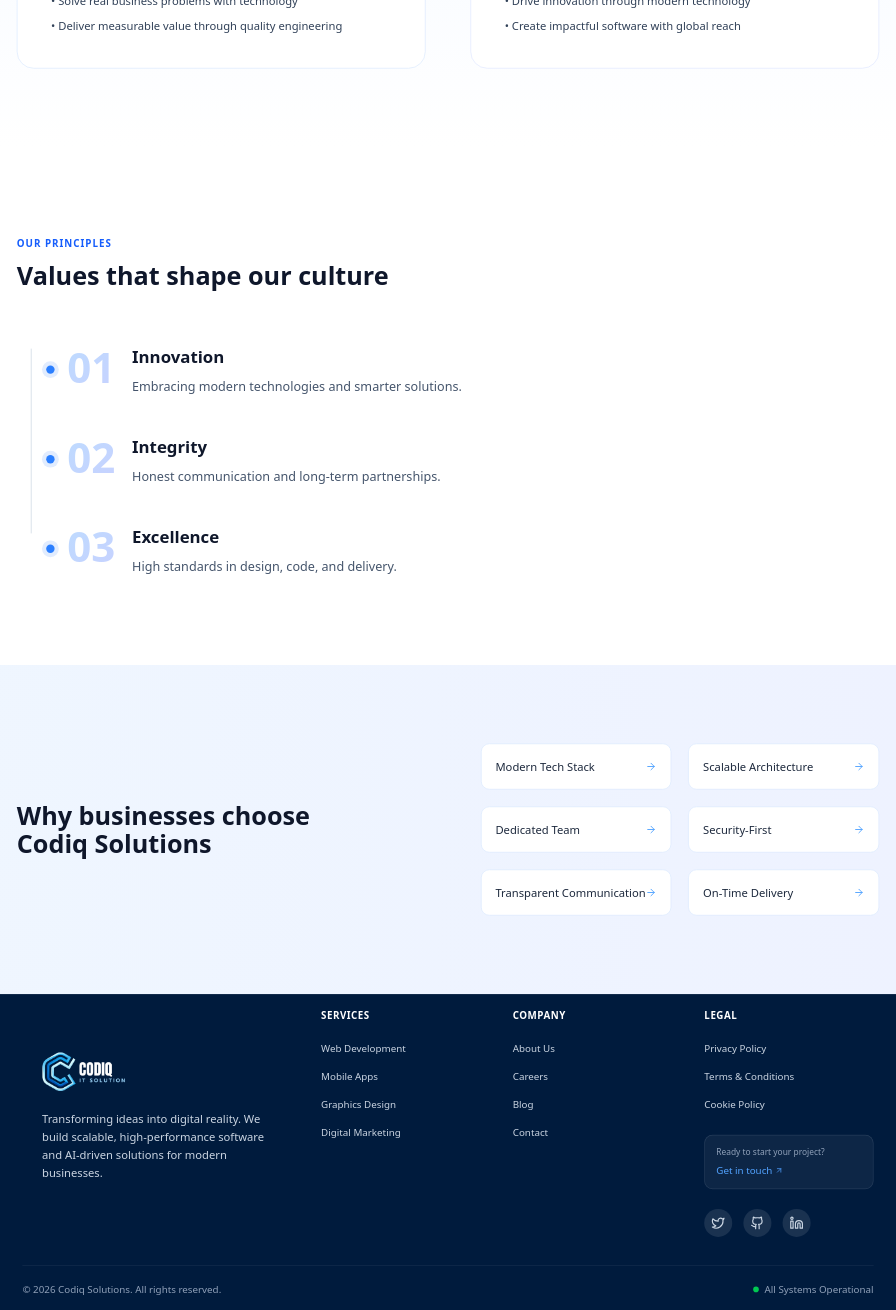
Repository: codiqsolutions/Codiq_Web
Page: /about (app in codiq-main/frontend/)
The author's editor kept a copy of each file at every save. The page is drawn from the files as they stood at one save, then again after the next save.
The browser window is 1280 px wide. The pictures show the part of the page from y = 1530 to 3450 px (the page is 3402 px tall before and 3450 px after), at 70% of full size.
The project was rebuilt for these pictures with package versions that can differ from the ones it lists, and the page was loaded fresh each time. The framework's server and built-in components were replaced by stand-ins that run in the browser. Also part of the build but not shown: codiq-main/frontend/next.config.ts.

Above is the page before, as saved 2026-01-08 15:15:01.

### codiq-main/frontend/app/layout.tsx
import type { Metadata } from "next";
import { Geist, Geist_Mono } from "next/font/google";
import "./globals.css";
import { Footer } from "@/components/Footer";
import Header from "@/components/Header";

const geistSans = Geist({
  variable: "--font-geist-sans",
  subsets: ["latin"],
});

const geistMono = Geist_Mono({
  variable: "--font-geist-mono",
  subsets: ["latin"],
});

export const metadata: Metadata = {
  title: "Codiq Solutions",
  description:
    "Codiq Solutions offers premium Web development, Mobile apps, and Digital marketing.",
};

export default function RootLayout({
  children,
}: {
  children: React.ReactNode;
}) {
  return (
    <html lang="en" className="scroll-smooth">
      <body
        className={`${geistSans.variable} ${geistMono.variable} antialiased min-h-screen flex flex-col font-sans`}
      >
        <Header />
        <main className="flex-grow pt-16">{children}</main>
        <Footer />
      </body>
    </html>
  );
}

### codiq-main/frontend/app/about/page.tsx
"use client"

import { motion } from "framer-motion"
import {
    Code2,
    Target,
    Users,
    Lightbulb,
    ShieldCheck,
    Rocket,
    ArrowRight,
} from "lucide-react"
import { PageHeader } from "@/components/PageHeader"

export default function AboutPage() {
    return (
        <>
            <PageHeader
                title="About Codiq Solutions"
                description="Engineering scalable software products with precision, performance, and purpose."
            />

            {/* INTRO STORY */}
            <section className="relative bg-white py-32 overflow-hidden">
                {/* Color accents */}
                <div className="absolute -top-32 -left-32 h-96 w-96 rounded-full bg-blue-100 blur-3xl opacity-70" />
                <div className="absolute top-1/3 -right-32 h-96 w-96 rounded-full bg-indigo-100 blur-3xl opacity-70" />

                <div className="relative mx-auto max-w-7xl px-6">
                    <div className="grid lg:grid-cols-[1.2fr_0.8fr] gap-20 items-center">
                        <motion.div
                            initial={{ opacity: 0, y: 30 }}
                            whileInView={{ opacity: 1, y: 0 }}
                            viewport={{ once: true }}
                        >
                            <p className="text-sm font-semibold tracking-widest uppercase mb-4 bg-linear-to-r from-blue-600 to-indigo-600 bg-clip-text text-transparent">
                                Our Identity
                            </p>

                            <h2 className="text-5xl font-extrabold leading-tight mb-8 text-slate-900">
                                We build software <br />
                                <span className="bg-linear-to-r from-blue-600 to-indigo-600 bg-clip-text text-transparent">
                                    that scales with ambition.
                                </span>
                            </h2>

                            <p className="text-lg text-slate-600 leading-relaxed mb-6">
                                Codiq Solutions is a technology-driven IT company crafting
                                intelligent digital products for startups and modern businesses.
                            </p>

                            <p className="text-lg text-slate-600 leading-relaxed">
                                We combine engineering excellence with business-first thinking
                                to deliver real impact.
                            </p>
                        </motion.div>

                        {/* Side Highlights */}
                        <motion.div
                            initial={{ opacity: 0, scale: 0.95 }}
                            whileInView={{ opacity: 1, scale: 1 }}
                            viewport={{ once: true }}
                            className="space-y-6"
                        >
                            {[
                                { icon: Code2, label: "Engineering First", color: "from-blue-500 to-indigo-500" },
                                { icon: ShieldCheck, label: "Security Focused", color: "from-indigo-500 to-violet-500" },
                                { icon: Rocket, label: "Growth Ready", color: "from-violet-500 to-purple-500" },
                            ].map((item) => (
                                <div
                                    key={item.label}
                                    className="flex items-center gap-5 rounded-2xl border border-slate-200 bg-white p-6 shadow-sm hover:shadow-lg transition"
                                >
                                    <div
                                        className={`flex h-12 w-12 items-center justify-center rounded-xl bg-linear-to-br ${item.color} text-white`}
                                    >
                                        <item.icon className="h-6 w-6" />
                                    </div>
                                    <span className="text-lg font-semibold text-slate-800">
                                        {item.label}
                                    </span>
                                </div>
                            ))}
                        </motion.div>
                    </div>
                </div>
            </section>

            {/* MISSION & VISION */}
            <section className="bg-linear-to-b from-blue-50 to-white py-28">
                <div className="mx-auto max-w-7xl px-6">
                    <div className="grid md:grid-cols-2 gap-16">

                        {/* MISSION */}
                        <motion.div
                            whileHover={{ y: -8 }}
                            className="rounded-3xl bg-white p-12 border border-blue-100 transition hover:shadow-xl"
                        >
                            <Target className="h-10 w-10 text-blue-600 mb-6" />

                            <h3 className="text-3xl font-bold text-slate-900 mb-6">
                                Our Mission
                            </h3>

                            <p className="text-lg text-slate-600 leading-relaxed mb-6">
                                Our mission is to deliver reliable, scalable, and high-performance
                                software solutions that help businesses grow faster and operate
                                smarter in a digital-first world.
                            </p>

                            <p className="text-lg text-slate-600 leading-relaxed mb-8">
                                We focus on building products that combine clean engineering,
                                intuitive user experience, and long-term maintainability.
                            </p>

                            <ul className="space-y-3 text-slate-700 font-medium">
                                <li>• Build scalable and secure software systems</li>
                                <li>• Solve real business problems with technology</li>
                                <li>• Deliver measurable value through quality engineering</li>
                            </ul>
                        </motion.div>

                        {/* VISION */}
                        <motion.div
                            whileHover={{ y: -8 }}
                            className="rounded-3xl bg-white p-12 border border-indigo-100 transition hover:shadow-xl"
                        >
                            <Lightbulb className="h-10 w-10 text-indigo-600 mb-6" />

                            <h3 className="text-3xl font-bold text-slate-900 mb-6">
                                Our Vision
                            </h3>

                            <p className="text-lg text-slate-600 leading-relaxed mb-6">
                                Our vision is to become a globally trusted technology partner,
                                empowering businesses through intelligent, future-ready digital
                                ecosystems.
                            </p>

                            <p className="text-lg text-slate-600 leading-relaxed mb-8">
                                We aspire to lead innovation by continuously evolving with emerging
                                technologies and building products that scale across industries.
                            </p>

                            <ul className="space-y-3 text-slate-700 font-medium">
                                <li>• Be a long-term digital growth partner</li>
                                <li>• Drive innovation through modern technology</li>
                                <li>• Create impactful software with global reach</li>
                            </ul>
                        </motion.div>

                    </div>
                </div>
            </section>

            {/* VALUES */}
            <section className="bg-white py-32">
                <div className="mx-auto max-w-7xl px-6">
                    <div className="mb-20 max-w-2xl">
                        <p className="text-sm font-semibold tracking-widest uppercase mb-4 text-blue-600">
                            Our Principles
                        </p>
                        <h2 className="text-4xl font-extrabold text-slate-900">
                            Values that shape our culture
                        </h2>
                    </div>

                    <div className="relative space-y-14 pl-12">
                        {/* Timeline line */}
                        <div className="absolute left-5 top-1 bottom-1 w-px bg-slate-300" />

                        {[
                            {
                                title: "Innovation",
                                desc: "Embracing modern technologies and smarter solutions.",
                            },
                            {
                                title: "Integrity",
                                desc: "Honest communication and long-term partnerships.",
                            },
                            {
                                title: "Excellence",
                                desc: "High standards in design, code, and delivery.",
                            },
                        ].map((value, i) => (
                            <motion.div
                                key={value.title}
                                initial={{ opacity: 0, x: -40 }}
                                whileInView={{ opacity: 1, x: 0 }}
                                viewport={{ once: true }}
                                transition={{ delay: i * 0.1 }}
                                className="relative flex items-start gap-6 pl-6"
                            >
                                {/* Timeline dot */}
                                <div className="absolute -left-[6px] top-7 h-3 w-3 rounded-full bg-blue-500 shadow-[0_0_0_6px_rgba(59,130,246,0.15)]" />

                                <div className="text-6xl font-extrabold bg-linear-to-br from-blue-200 to-indigo-200 bg-clip-text text-transparent">
                                    {String(i + 1).padStart(2, "0")}
                                </div>

                                <div>
                                    <h3 className="text-2xl font-bold text-slate-900 mb-3">
                                        {value.title}
                                    </h3>
                                    <p className="text-lg text-slate-600 max-w-2xl">
                                        {value.desc}
                                    </p>
                                </div>
                            </motion.div>
                        ))}
                    </div>
                </div>
            </section>

            {/* WHY CODIQ */}
            <section className="bg-linear-to-r from-blue-50 to-indigo-50 py-28">
                <div className="mx-auto max-w-7xl px-6">
                    <div className="flex flex-col lg:flex-row lg:items-center lg:justify-between gap-12">
                        <h2 className="text-4xl font-extrabold text-slate-900 max-w-xl">
                            Why businesses choose <br /> Codiq Solutions
                        </h2>

                        <div className="grid sm:grid-cols-2 gap-6 max-w-xl">
                            {[
                                "Modern Tech Stack",
                                "Scalable Architecture",
                                "Dedicated Team",
                                "Security-First",
                                "Transparent Communication",
                                "On-Time Delivery",
                            ].map((point) => (
                                <div
                                    key={point}
                                    className="flex items-center justify-between rounded-xl bg-white border border-blue-100 p-5 hover:shadow-lg transition"
                                >
                                    <span className="font-medium text-slate-800">{point}</span>
                                    <ArrowRight className="h-4 w-4 text-blue-400" />
                                </div>
                            ))}
                        </div>
                    </div>
                </div>
            </section>
        </>
    )
}

### codiq-main/frontend/app/globals.css
@import "tailwindcss";

:root {
  /* Brand Colors - Electric Blue & Deep Space */
  --primary: #2563eb;
  /* Blue-600 */
  --primary-hover: #1d4ed8;
  /* Blue-700 */
  --primary-light: #dbeafe;
  /* Blue-100 */
  --text-primary: #0f172a;
  /* Slate-900 */
  --text-muted: #475569;
  /* Slate-600 */
  --primary-foreground: 255, 255, 255;

  --secondary: 15, 23, 42;
  /* slate-900 */
  --secondary-foreground: 255, 255, 255;

  --accent: 79, 70, 229;
  /* indigo-600 */
  --accent-foreground: 255, 255, 255;

  /* Backgrounds */
  --background: 255, 255, 255;
  --foreground: 15, 23, 42;

  --glass-border: 226, 232, 240;
  /* slate-200 */

  --radius: 0.75rem;
}

@media (prefers-color-scheme: dark) {
  :root {
    --background: 2, 6, 23;
    /* slate-950 */
    --foreground: 248, 250, 252;
    /* slate-50 */

    --glass-border: 30, 41, 59;
    /* slate-800 */

    /* Adjust secondary for dark mode contrast */
    --secondary: 248, 250, 252;
    --secondary-foreground: 15, 23, 42;
  }
}

body {
  color: rgb(var(--foreground));
  background-color: rgb(var(--background));
  background-image:
    radial-gradient(circle at 50% 0%, rgba(var(--primary), 0.15) 0%, transparent 50%),
    radial-gradient(circle at 100% 0%, rgba(var(--accent), 0.1) 0%, transparent 50%);
  min-height: 100vh;
  font-feature-settings: "ss01", "ss02", "cv01", "cv02";
  -webkit-font-smoothing: antialiased;
}

/* Utilities */
@utility glass {
  @apply backdrop-blur-xl bg-white/70 dark:bg-slate-950/70 border border-slate-200/50 dark:border-slate-800/50;
}

@utility glass-nav {
  @apply backdrop-blur-xl bg-white/80 dark:bg-slate-950/80 border border-slate-200/50 dark:border-slate-800/50 shadow-sm supports-[backdrop-filter]:bg-white/60 supports-[backdrop-filter]:dark:bg-slate-950/60;
}

@utility premium-card {
  @apply bg-white dark:bg-slate-900/50 border border-slate-200 dark:border-slate-800 rounded-2xl shadow-sm hover:shadow-xl transition-all duration-300 hover:border-blue-500/30 dark:hover:border-blue-500/30 hover:-translate-y-1;
}

@utility text-balance {
  text-wrap: balance;
}

@utility text-pretty {
  text-wrap: pretty;
}

@layer base {
  * {
    @apply border-gray-200 dark:border-gray-800;
  }
}

### codiq-main/frontend/components/PageHeader.tsx
"use client"

import { motion } from "framer-motion"

interface PageHeaderProps {
    title: string
    description: string
}

export function PageHeader({ title, description }: PageHeaderProps) {
    return (
        <div className="bg-slate-50 dark:bg-slate-900/50 py-20 pb-24 text-center">
            <div className="mx-auto max-w-7xl px-4 sm:px-6 lg:px-8">
                <motion.h1
                    initial={{ opacity: 0, y: 20 }}
                    animate={{ opacity: 1, y: 0 }}
                    className="text-4xl font-bold tracking-tight text-slate-900 dark:text-white sm:text-5xl"
                >
                    {title}
                </motion.h1>
                <motion.p
                    initial={{ opacity: 0, y: 20 }}
                    animate={{ opacity: 1, y: 0 }}
                    transition={{ delay: 0.1 }}
                    className="mt-6 text-lg text-slate-600 dark:text-slate-400 max-w-2xl mx-auto"
                >
                    {description}
                </motion.p>
            </div>
        </div>
    )
}

### codiq-main/frontend/components/ui/button.tsx
import * as React from "react"
import { Slot } from "@radix-ui/react-slot"
import { cva, type VariantProps } from "class-variance-authority"

import { cn } from "@/lib/utils"

const buttonVariants = cva(
  "inline-flex items-center justify-center gap-2 whitespace-nowrap rounded-md text-sm font-medium transition-colors focus-visible:outline-none focus-visible:ring-1 focus-visible:ring-ring disabled:pointer-events-none disabled:opacity-50 [&_svg]:pointer-events-none [&_svg]:size-4 [&_svg]:shrink-0",
  {
    variants: {
      variant: {
        default:
          "bg-primary text-primary-foreground shadow hover:bg-primary/90",
        destructive:
          "bg-destructive text-destructive-foreground shadow-sm hover:bg-destructive/90",
        outline:
          "border border-input bg-background shadow-sm hover:bg-accent hover:text-accent-foreground",
        secondary:
          "bg-secondary text-secondary-foreground shadow-sm hover:bg-secondary/80",
        ghost: "hover:bg-accent hover:text-accent-foreground",
        link: "text-primary underline-offset-4 hover:underline",
      },
      size: {
        default: "h-9 px-4 py-2",
        sm: "h-8 rounded-md px-3 text-xs",
        lg: "h-10 rounded-md px-8",
        icon: "h-9 w-9",
      },
    },
    defaultVariants: {
      variant: "default",
      size: "default",
    },
  }
)

export interface ButtonProps
  extends React.ButtonHTMLAttributes<HTMLButtonElement>,
    VariantProps<typeof buttonVariants> {
  asChild?: boolean
}

const Button = React.forwardRef<HTMLButtonElement, ButtonProps>(
  ({ className, variant, size, asChild = false, ...props }, ref) => {
    const Comp = asChild ? Slot : "button"
    return (
      <Comp
        className={cn(buttonVariants({ variant, size, className }))}
        ref={ref}
        {...props}
      />
    )
  }
)
Button.displayName = "Button"

export { Button, buttonVariants }

Loaded but not shown: codiq-main/frontend/lib/utils.ts (common file); codiq-main/frontend/components/Footer.tsx (153 lines, source omitted); codiq-main/frontend/components/Header.tsx (142 lines, source omitted); codiq-main/frontend/components/ui/sheet.tsx (140 lines, source omitted)

After the next save:
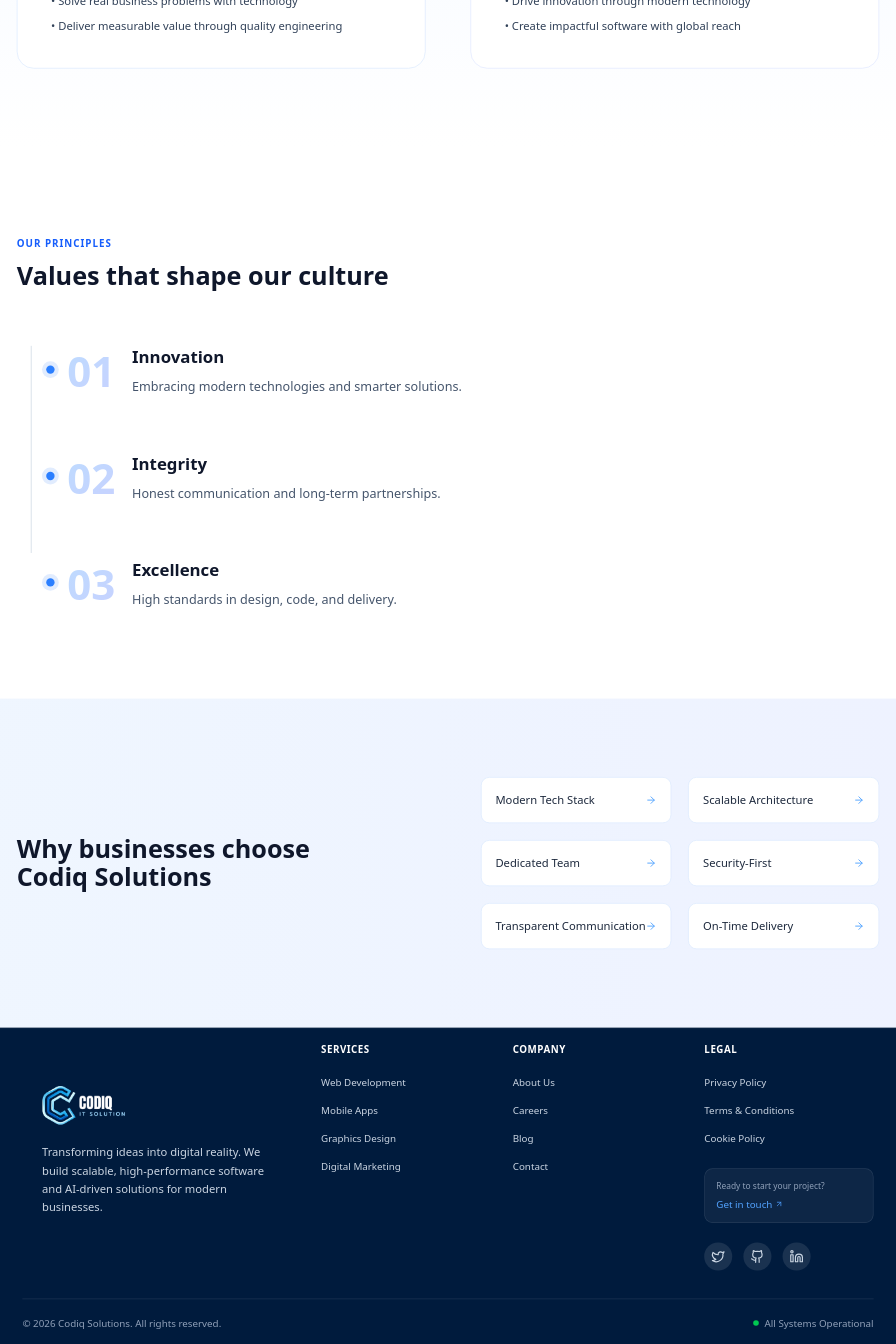
Saved 27 s later.
--- a/codiq-main/frontend/app/about/page.tsx
+++ b/codiq-main/frontend/app/about/page.tsx
@@ -165,9 +165,9 @@ export default function AboutPage() {
                         </h2>
                     </div>
 
-                    <div className="relative space-y-14 pl-12">
+                    <div className="relative space-y-20 pl-12">
                         {/* Timeline line */}
-                        <div className="absolute left-5 top-1 bottom-1 w-px bg-slate-300" />
+                        <div className="absolute left-5 top-0 bottom-0 w-px bg-slate-300" />
 
                         {[
                             {
@@ -189,7 +189,7 @@ export default function AboutPage() {
                                 whileInView={{ opacity: 1, x: 0 }}
                                 viewport={{ once: true }}
                                 transition={{ delay: i * 0.1 }}
-                                className="relative flex items-start gap-6 pl-6"
+                                className="relative flex items-center gap-6 pl-6"
                             >
                                 {/* Timeline dot */}
                                 <div className="absolute -left-[6px] top-7 h-3 w-3 rounded-full bg-blue-500 shadow-[0_0_0_6px_rgba(59,130,246,0.15)]" />
